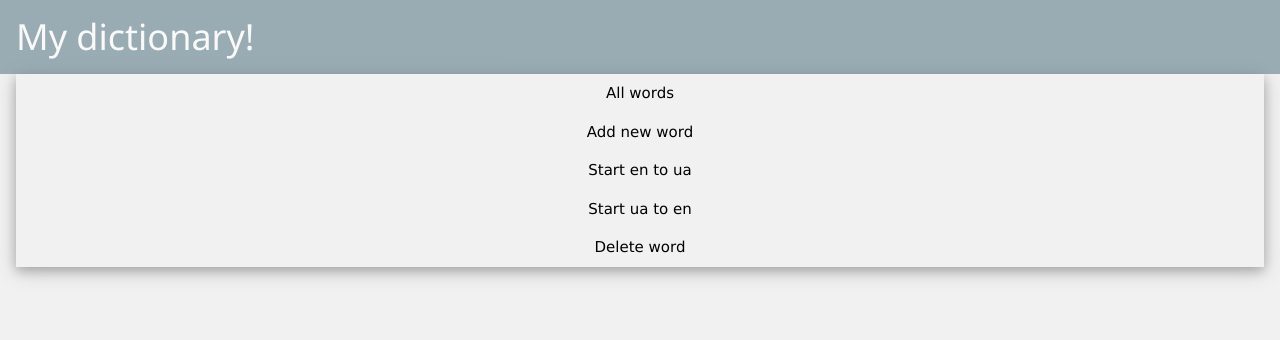
Repository: OleksandrDoskaliukKN313/IIC
Page: WebDictionary/WebContent/index.html
The author's editor kept a copy of each file at every save. The page is drawn from the files as they stood at one save, then again after the next save.
The browser window is 1280 px wide. The pictures show the whole page.

Above is the page before, as saved 2020-10-12 10:08:15.

### WebDictionary/WebContent/index.html
<!DOCTYPE html>
<html>
<head>
<meta charset="UTF-8">
<title>Insert title here</title>
<link rel="stylesheet" href="w3.css">
</head>
<body class="w3-light-grey">
<div class="w3-container w3-blue-grey w3-opacity w3-left-align w3-medium">
        <h1>My dictionary!</h1>
    </div>
    <div class="w3-container w3-center">       <!-- content -->
        <div class="w3-card-4 w3-flex">    <!-- buttons holder -->
            <button class="w3-btn w3-hover-green w3-round-large" onclick="location.href='allWords'">All words</button>
            <button class="w3-btn w3-hover-green w3-round-large" onclick="location.href='addWord'">Add new word</button>
            <button class="w3-btn w3-hover-green w3-round-large" onclick="location.href='en_ua'">Start en to ua</button>
            <button class="w3-btn w3-hover-green w3-round-large" onclick="location.href='ua_en'">Start ua to en</button>
            <button class="w3-btn w3-hover-green w3-round-large" onclick="location.href='deleteWord'">Delete word</button>
        </div>
    </div>
</body>
</html>

Loaded but not shown: WebDictionary/WebContent/w3.css (library)

After the next save:
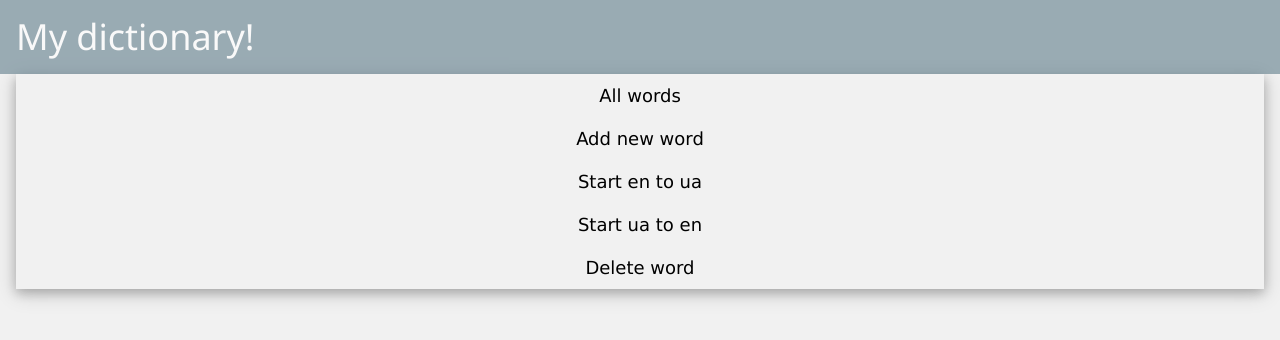
Saved 22 s later.
--- a/WebDictionary/WebContent/index.html
+++ b/WebDictionary/WebContent/index.html
@@ -10,7 +10,7 @@
         <h1>My dictionary!</h1>
     </div>
     <div class="w3-container w3-center">       <!-- content -->
-        <div class="w3-card-4 w3-flex">    <!-- buttons holder -->
+        <div class="w3-card-4 w3-flex w3-large">    <!-- buttons holder -->
             <button class="w3-btn w3-hover-green w3-round-large" onclick="location.href='allWords'">All words</button>
             <button class="w3-btn w3-hover-green w3-round-large" onclick="location.href='addWord'">Add new word</button>
             <button class="w3-btn w3-hover-green w3-round-large" onclick="location.href='en_ua'">Start en to ua</button>
